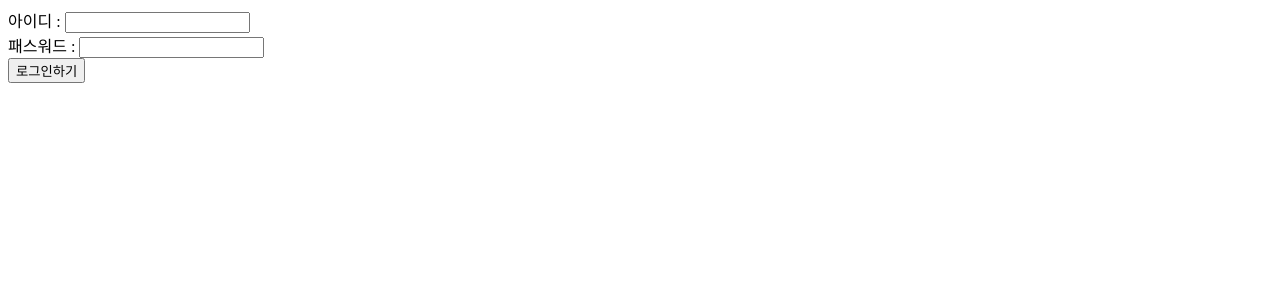
Repository: AHJ2616/Java
Page: http://localhost/board-jsp/06Session/login_form.jsp
An editor plug-in stored every save of this project. The page is shown before and after the next save, followed by the edit.
The browser window is 1280 px wide. The pictures show the whole page.
The page is served by Tomcat 9. Other server files are loaded and not shown.

Above is the page before, as saved 2024-07-25 04:22:40.

### jsp_workspace/board-jsp/src/main/webapp/06Session/login_form.jsp
<%@ page language="java" contentType="text/html; charset=UTF-8"
    pageEncoding="UTF-8"%>
<!DOCTYPE html>
<html>
<head>
<meta charset="UTF-8">
<title>login_form.jsp : 로그인 창</title>
<!-- 성공시 세션에 저장 -->
</head>
<body>
<%
if(session.getAttribute("id")==null){//로그인 상태
	//로그아웃 상태
%>

<script>
function validateForm(form){
	if(!form.user_id.value){
		alert("아이디를 입력하세요.")
		return false;
	}
	if(form.user_pw.value==""){
		alert("패스워드를 입력하세요.");
		return false;
	}
}
</script>

<div id="login_menu">
	<form action= "login_process.jsp" method= "post" name= "login_form" onsubmit="return validateForm(this);">
		아이디 : <input type="text" name="id" /><br>
		패스워드 : <input type="password" name="pw" /><br>
		<input type="submit" value="로그인하기"	/>
	</form>
</div>
<%
} else{
%>
	<%=session.getAttribute("name") %> 회원님, 로그인하셨습니다.
	<a href="logout.jsp">[로그아웃]</a>
<%}%>

</body>
</html>

After the next save:
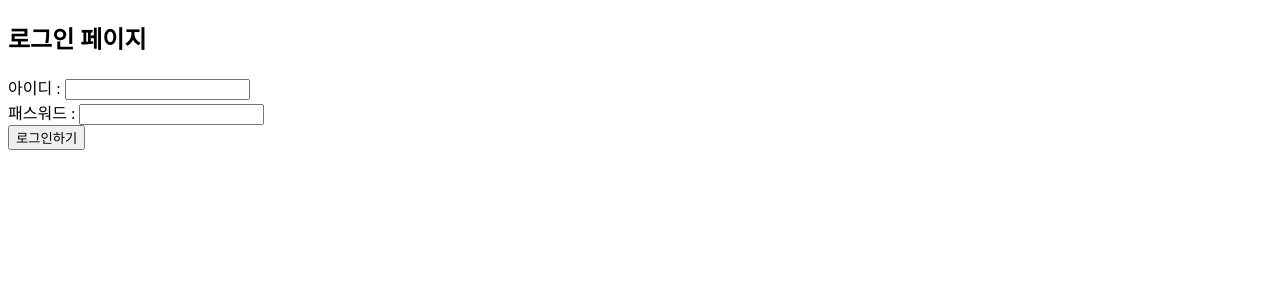
Saved 53 min 4 s later.
--- a/jsp_workspace/board-jsp/src/main/webapp/06Session/login_form.jsp
+++ b/jsp_workspace/board-jsp/src/main/webapp/06Session/login_form.jsp
@@ -8,6 +8,10 @@
 <!-- 성공시 세션에 저장 -->
 </head>
 <body>
+	<h2>로그인 페이지</h2>
+	<span style="color: red; font-size: 1.2em;">
+	<%= request.getAttribute("LoginErrMsg")==null ? "":request.getAttribute("LoginErrMsg") %>
+	</span>
 <%
 if(session.getAttribute("id")==null){//로그인 상태
 	//로그아웃 상태
